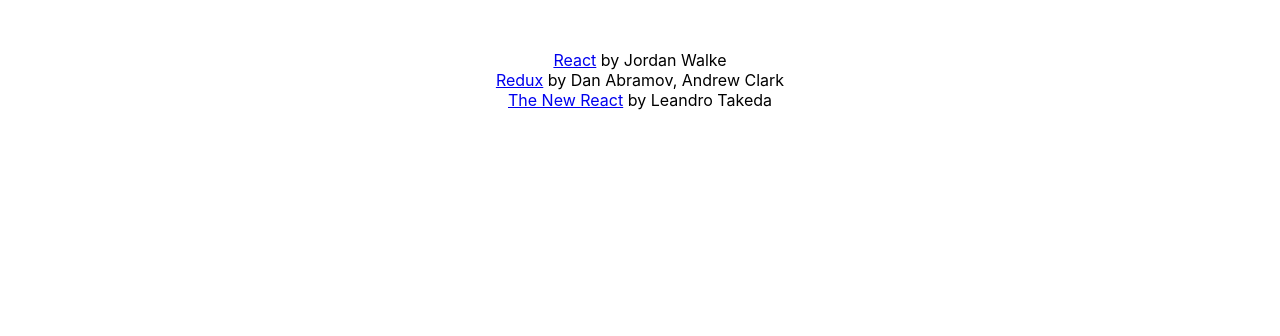
Repository: letakeda/hackernews
Page: /
These files come from the project's save history. The page is drawn as it stood at one moment and after the next save; the edit follows.
The browser window is 1280 px wide. The pictures show the whole page.
The project was rebuilt for these pictures with package versions that can differ from the ones it lists, and the page was loaded fresh each time.

Above is the page before, as saved 2019-12-03 08:09:42.

### src/index.js
import React from 'react';
import ReactDOM from 'react-dom';
import './index.css';
import App from './App';
import * as serviceWorker from './serviceWorker';

ReactDOM.render(<App />, document.getElementById('root'));

if(module.hot) {
    module.hot.accept();
}

// If you want your app to work offline and load faster, you can change
// unregister() to register() below. Note this comes with some pitfalls.
// Learn more about service workers: https://bit.ly/CRA-PWA
serviceWorker.unregister();

### src/App.js
import React, { Component } from 'react';
import './App.css';

const title = (<h2>Takeda</h2>)

const list = [
  {
    title: 'React',
    url: 'https://reactjs.org',
    author: ' by Jordan Walke',
    objectID: 1
  },
  {
    title: 'Redux',
    url: 'https://redux.js.org',
    author: ' by Dan Abramov, Andrew Clark',
    objectID: 2
  },
  {
    title: 'The New React',
    url: 'https://newreact.js.org',
    author: ' by Leandro Takeda',
    objectID: 3
  }
]

class App extends Component {

  constructor(props) {
    super(props)
    this.state = {
      list: list,
    }
  }

  render() {
    //const welcome_message = 'Welcome to the road of learn React!';
    //welcome_message = 'text'
    return (
      <div className="App">
        {this.state.list.map(item =>
          <div key={item.objectID}>
            <span>
              <a href={item.url}>{item.title}</a></span>
            <span>{item.author}</span>
            <span>{item.num_comments}</span>
            <span>{item.points}</span>
          </div>
        )}
      </div>
    )
  }
}

export default App;

### src/App.css
.App {
  text-align: center;
  margin-top: 50px;
}

.App-logo {
  height: 40vmin;
}

.App-header {
  background-color: #282c34;
  min-height: 100vh;
  display: flex;
  flex-direction: column;
  align-items: center;
  justify-content: center;
  font-size: calc(10px + 2vmin);
  color: white;
}

.App-link {
  color: #09d3ac;
}

Loaded but not shown: public/index.html (common file); src/index.css (common file); src/serviceWorker.js (common file)

After the next save:
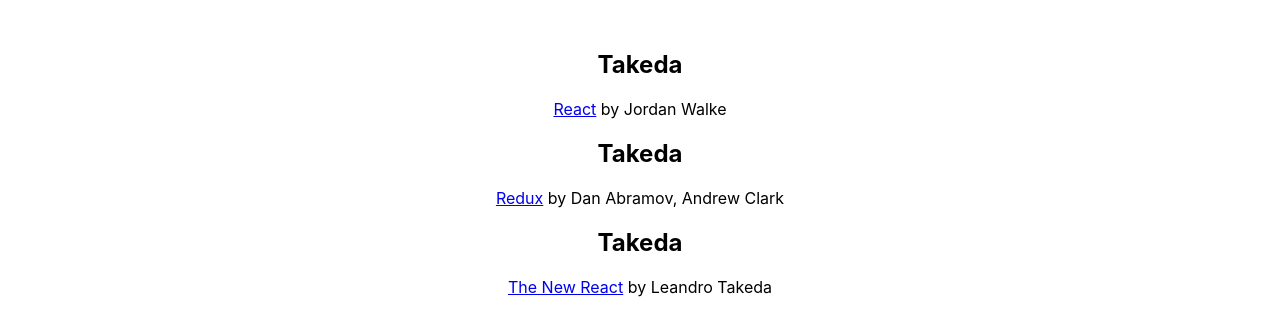
Saved 21 s later.
--- a/src/App.js
+++ b/src/App.js
@@ -40,6 +40,7 @@
       <div className="App">
         {this.state.list.map(item =>
           <div key={item.objectID}>
+            {title}
             <span>
               <a href={item.url}>{item.title}</a></span>
             <span>{item.author}</span>

After the save that followed:
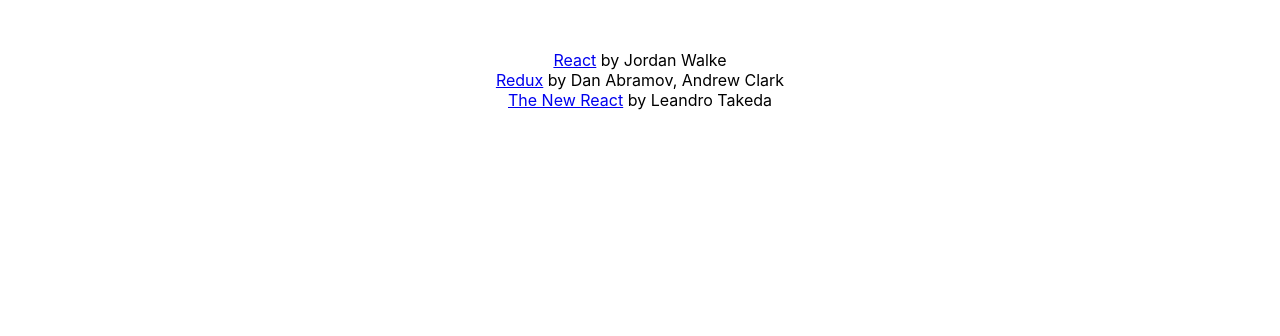
Saved 13 s later.
--- a/src/App.js
+++ b/src/App.js
@@ -40,7 +40,6 @@
       <div className="App">
         {this.state.list.map(item =>
           <div key={item.objectID}>
-            {title}
             <span>
               <a href={item.url}>{item.title}</a></span>
             <span>{item.author}</span>
